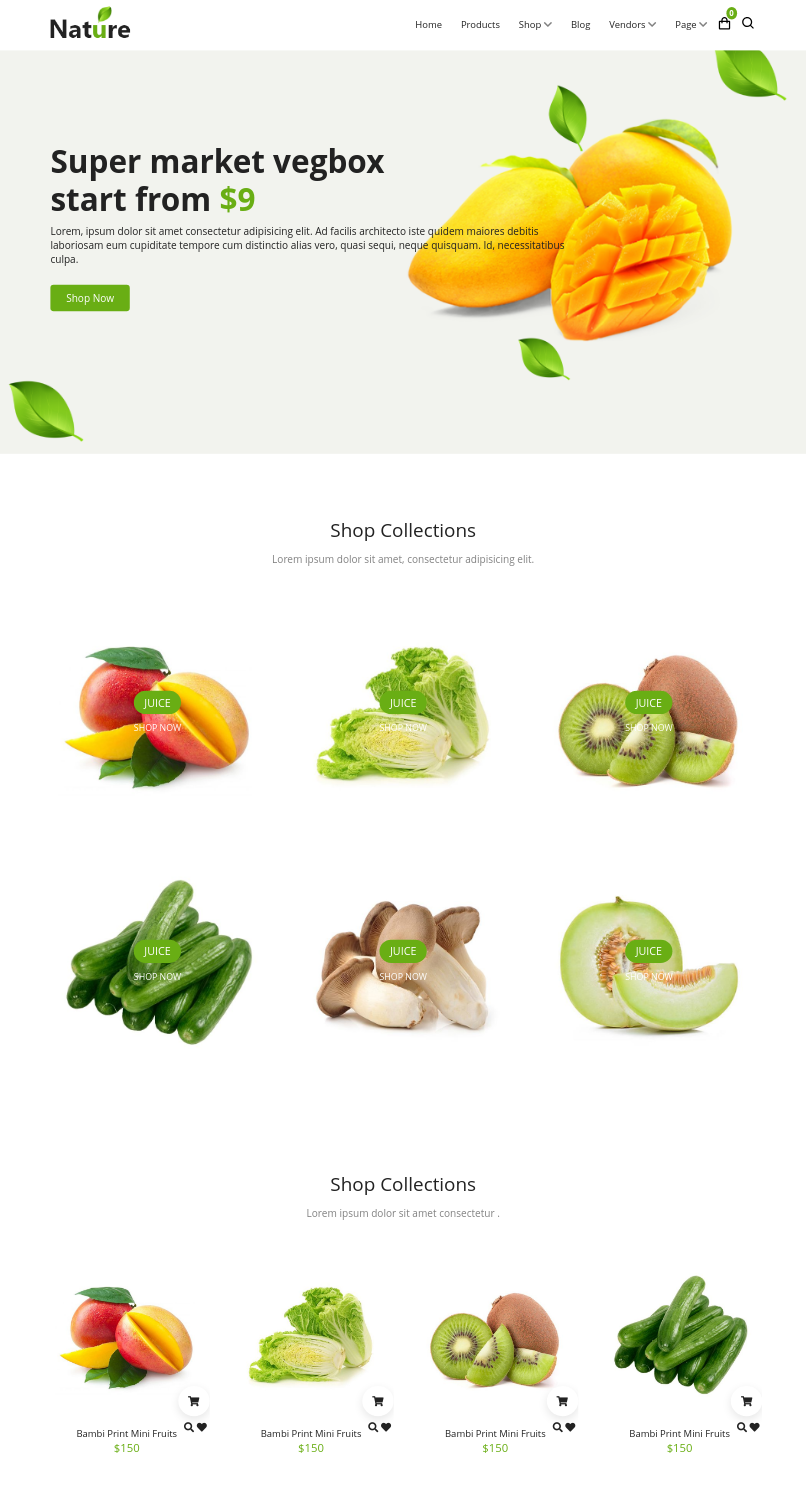
Repository: hoanggiainfomation/hoanggiainfomation.github.io
Page: index.html
An editor plug-in stored every save of this project. The page is shown before and after the next save, followed by the edit.
The browser window is 1280 px wide. The pictures show the whole page, at 63% of full size.
Some web libraries are served in a nearby version.

Above is the page before, as saved 2021-08-17 21:23:42.

After the next save:
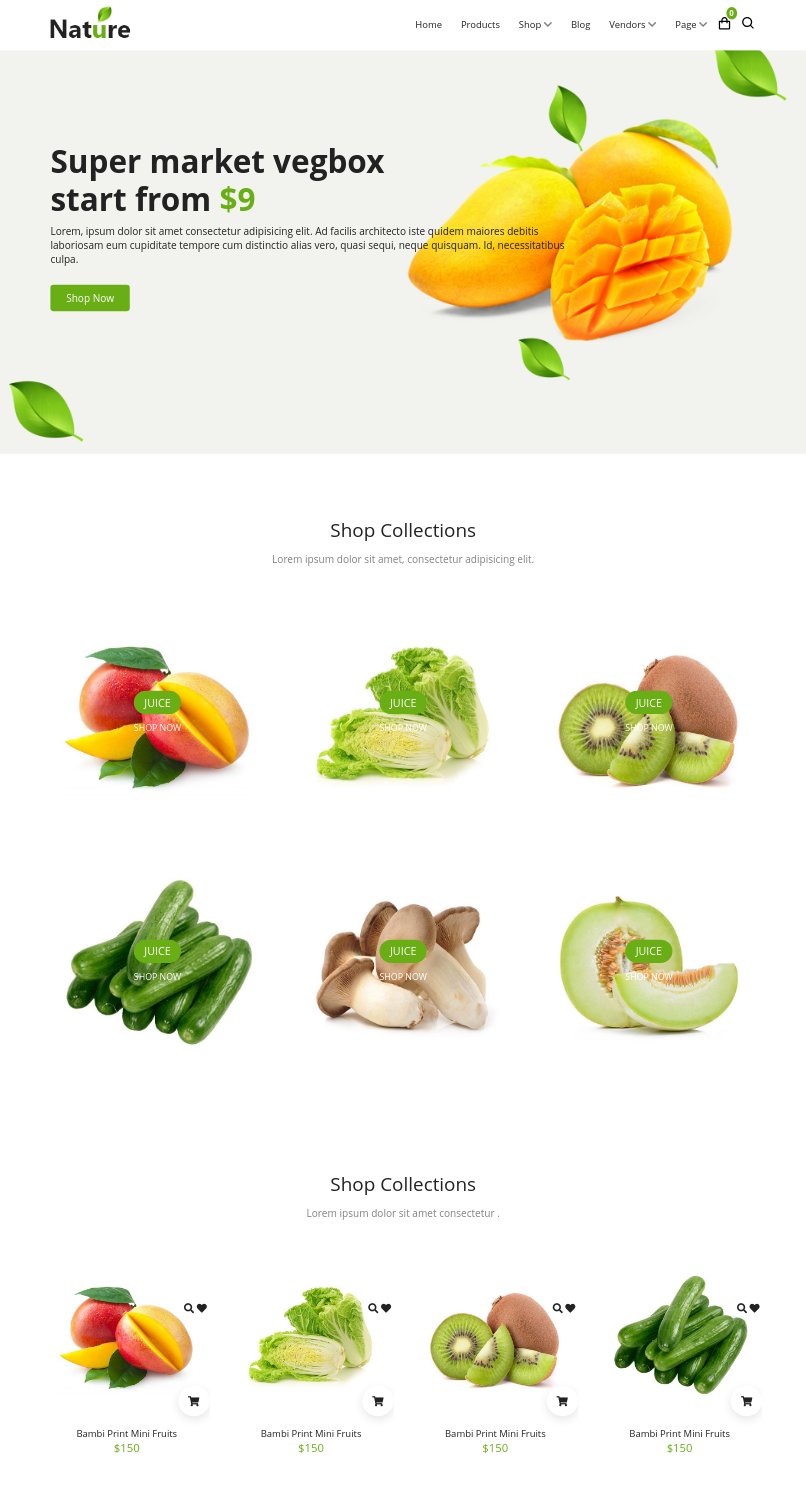
Saved 9 s later.
--- a/styles.css
+++ b/styles.css
@@ -698,4 +698,5 @@ section .title span {
 .product .side-icons {
   position: absolute;
   right: 0;
-}
+  top: 30%;
+}
